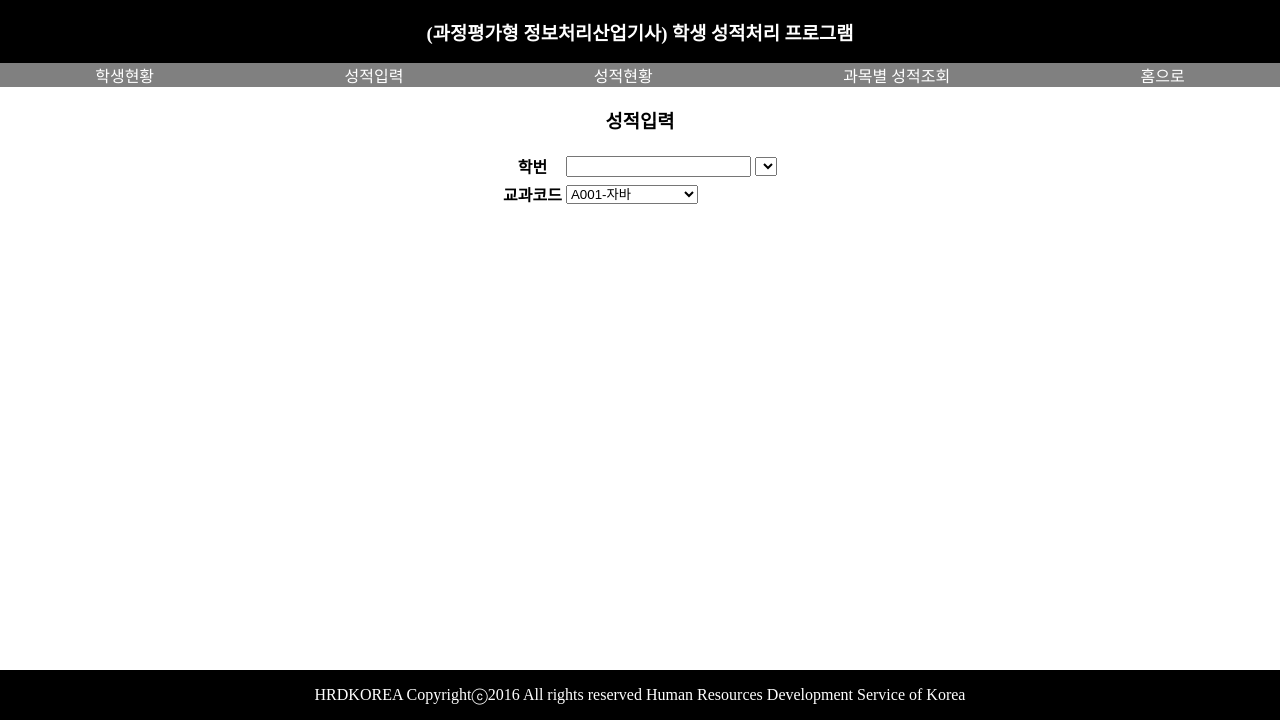
Repository: junjuny0227/jsp
Page: http://localhost/HRD_02/sub2.jsp
The author's editor kept a copy of each file at every save. The page is drawn from the files as they stood at one save, then again after the next save.
The browser window is 1280 px wide. The pictures show the whole page.
The page is served by Tomcat 9. Other server files are loaded and not shown.

Above is the page before, as saved 2025-05-16 05:43:01.

### HRD_02/src/main/webapp/sub2.jsp
<%@ page language="java" contentType="text/html; charset=UTF-8"
pageEncoding="UTF-8"%>
<!DOCTYPE html>
<html>
  <head>
    <meta charset="UTF-8" />
    <title>sub2</title>
  </head>
  <body
    style="
      margin: 0;
      padding: 0;
      border: 0;
      font-size: 100%;
      font: inherit;
      vertical-align: baseline;
    "
  >
    <jsp:include page="header.jsp"></jsp:include>
    <jsp:include page="nav.jsp"></jsp:include>

    <section
      style="display: flex; flex-direction: column; align-items: center"
    >
      <h3>성적입력</h3>
      <form action="sub2Action.jsp" method="post" name="sub2Form">
      	<table>
      		<tr>
      			<th>학번</th>
      			<td>
      				<input type="text" name="stuid">
      				<select>
      					<option></option>
      				</select>
      			</td>
      		</tr>
      		<tr>
      			<th>교과코드</th>
      			<td>
      				<select name="subcode">
      					<option value="A001">A001-자바</option>
      					<option value="A002">A002-C언어</option>
      					<option value="A003">A003-데이터베이스</option>
      					<option value="A004">A004-웹프로그래밍</option>
      					<option value="A005">A005-영어</option>
      				</select>
      			</td>
      		</tr>
      	</table>
      </form>
    </section>

    <jsp:include page="footer.jsp"></jsp:include>
  </body>
</html>

### HRD_02/src/main/webapp/header.jsp
<%@ page language="java" contentType="text/html; charset=UTF-8"
pageEncoding="UTF-8"%>
<!DOCTYPE html>
<html>
  <head>
    <meta charset="UTF-8" />
    <title>header</title>
  </head>
  <body>
    <header style="background-color: black; width: 100%">
      <h3 style="margin: 0; padding: 18px 0; text-align: center; color: white">
        (과정평가형 정보처리산업기사) 학생 성적처리 프로그램
      </h3>
    </header>
  </body>
</html>

### HRD_02/src/main/webapp/nav.jsp
<%@ page language="java" contentType="text/html; charset=UTF-8"
pageEncoding="UTF-8"%>
<!DOCTYPE html>
<html>
  <head>
    <meta charset="UTF-8" />
    <title>nav</title>
  </head>
  <body>
    <nav
      style="
        background-color: gray;
        display: flex;
        justify-content: space-around;
      "
    >
      <a href="sub1.jsp" style="text-decoration: none; color: white"
        >학생현황</a
      >
      <a href="sub2.jsp" style="text-decoration: none; color: white"
        >성적입력</a
      >
      <a href="sub3.jsp" style="text-decoration: none; color: white"
        >성적현황</a
      >
      <a href="sub4.jsp" style="text-decoration: none; color: white"
        >과목별 성적조회</a
      >
      <a href="index.jsp" style="text-decoration: none; color: white">홈으로</a>
    </nav>
  </body>
</html>

### HRD_02/src/main/webapp/footer.jsp
<%@ page language="java" contentType="text/html; charset=UTF-8"
pageEncoding="UTF-8"%>
<!DOCTYPE html>
<html>
  <head>
    <meta charset="UTF-8" />
    <title>footer</title>
  </head>
  <body>
    <footer
      style="
        background-color: black;
        position: fixed;
        left: 0;
        bottom: 0;
        width: 100%;
      "
    >
      <p style="text-align: center; color: white">
        HRDKOREA Copyrightⓒ2016 All rights reserved Human Resources Development
        Service of Korea
      </p>
    </footer>
  </body>
</html>

After the next save:
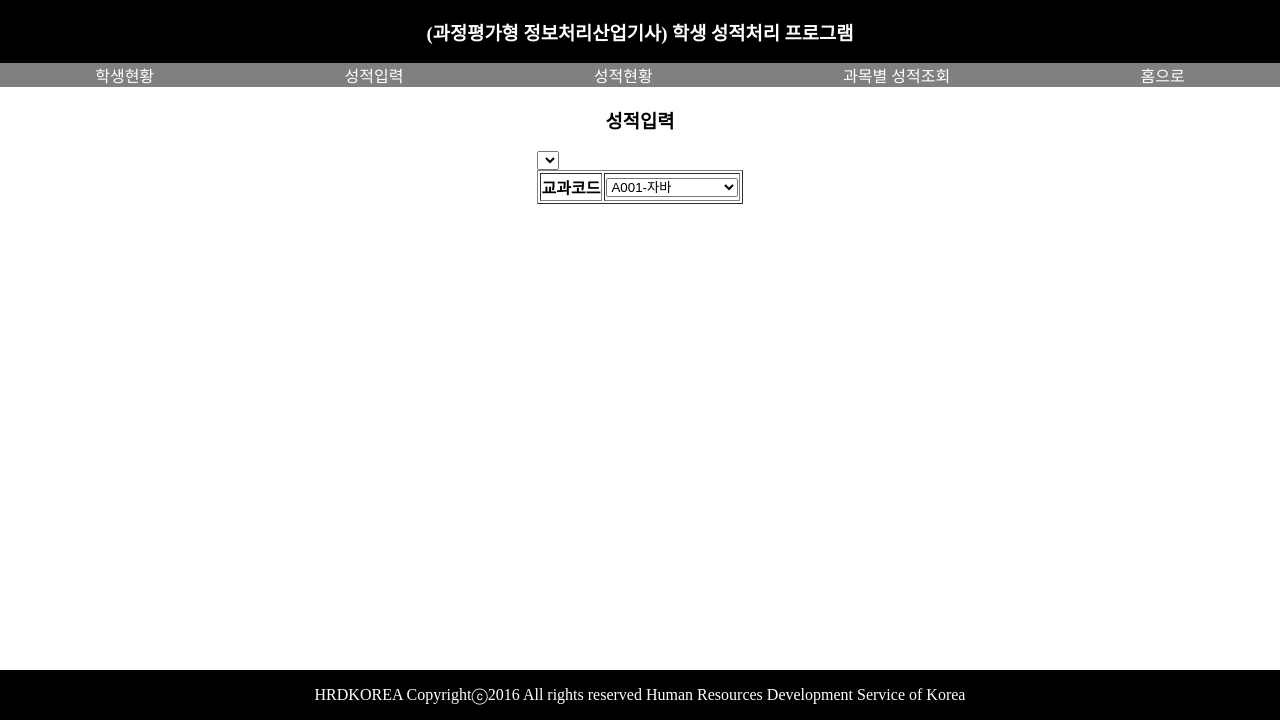
Saved 37 s later.
--- a/HRD_02/src/main/webapp/sub2.jsp
+++ b/HRD_02/src/main/webapp/sub2.jsp
@@ -24,7 +24,7 @@
     >
       <h3>성적입력</h3>
       <form action="sub2Action.jsp" method="post" name="sub2Form">
-      	<table>
+      	<table border="1'>
       		<tr>
       			<th>학번</th>
       			<td>

After the save that followed:
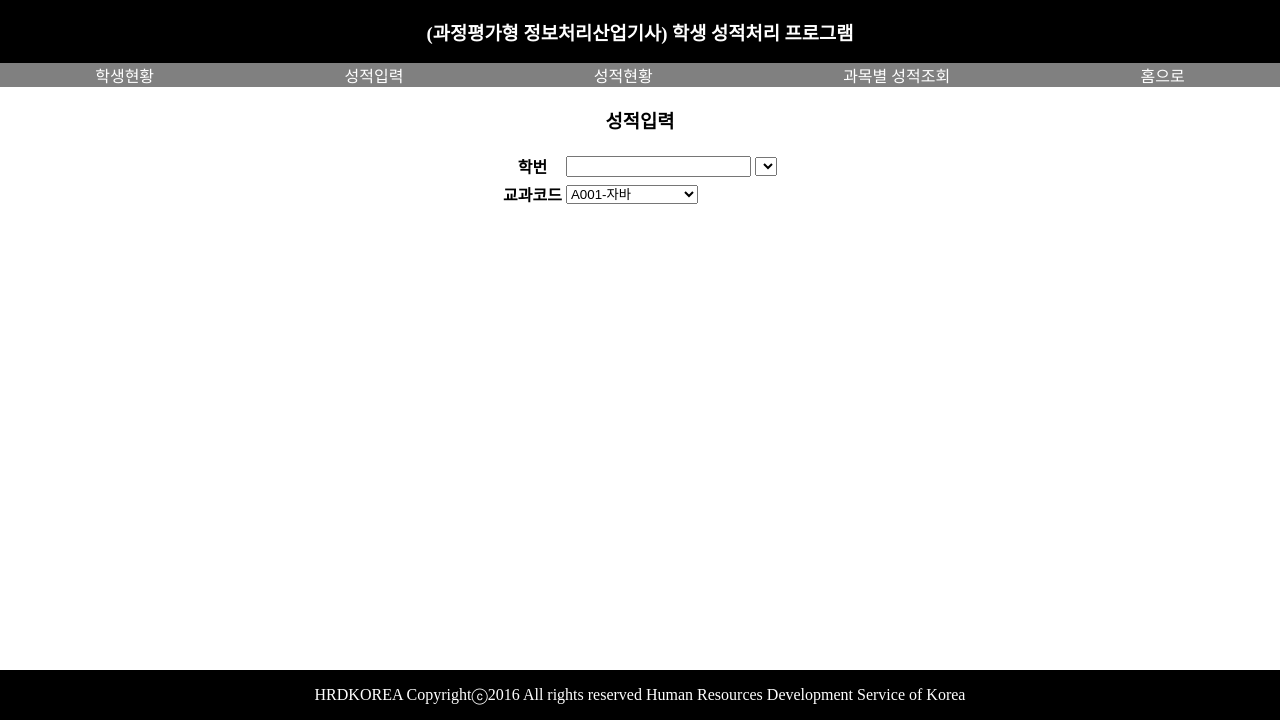
Saved 11 s later.
--- a/HRD_02/src/main/webapp/sub2.jsp
+++ b/HRD_02/src/main/webapp/sub2.jsp
@@ -24,7 +24,7 @@
     >
       <h3>성적입력</h3>
       <form action="sub2Action.jsp" method="post" name="sub2Form">
-      	<table border="1'>
+      	<table>
       		<tr>
       			<th>학번</th>
       			<td>
